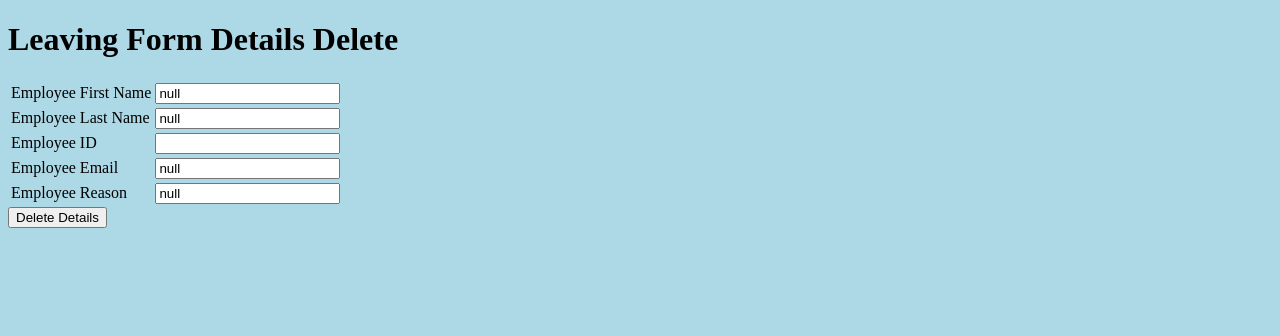
Repository: nishadi-s/Online-Staff-Management-System
Page: http://localhost/LeavingEmp/deleteEmp.jsp
The author's editor kept a copy of each file at every save. The page is drawn from the files as they stood at one save, then again after the next save.
The browser window is 1280 px wide. The pictures show the whole page.
The page is served by Tomcat 9. Other server files are loaded and not shown.

Above is the page before, as saved 2023-10-24 11:55:11.

### LeavingEmp/src/main/webapp/deleteEmp.jsp
<%@ page language="java" contentType="text/html; charset=ISO-8859-1"
    pageEncoding="ISO-8859-1"%>
<!DOCTYPE html>
<html>
<head>
<meta charset="ISO-8859-1">
<title>Delete Details</title>
<link rel="stylesheet" href="deleteEmp.css">
</head>
<body>

<%
String f_name=request.getParameter("fname");
String l_name=request.getParameter("lname");
String u_id=request.getParameter("id");
String e_email=request.getParameter("eemail");
String e_reason=request.getParameter("ereason");
%>


<h1> Leaving Form Details Delete </h1>
<form action="delete" method= "post">
<table>
<tr>
<td>Employee First Name</td>
<td> <input type="text" name="fname" value="<%= f_name %>"readonly> </td>
</tr>

<tr>
<td>Employee Last Name</td>
<td> <input type="text" name="lname" value="<%= l_name %>"readonly> </td>
</tr>

<tr>
<td>Employee ID </td>
<td><input type="number" name="id" value="<%= u_id %>"readonly></td>
 </tr>

 <tr>
<td>Employee Email </td>
<td><input type="email" name="eemail" value="<%= e_email %>"readonly> </td>
</tr>

<tr>
<td>Employee Reason</td>
<td> <input type="text" name="ereason" value="<%= e_reason %>"readonly> </td>
</tr>
</table>
<input type="submit" name="submit" value="Delete Details"> <br>

</form>

</body>
</html>

### LeavingEmp/src/main/webapp/deleteEmp.css
@charset "ISO-8859-1";


.form-container{
    max-width: 700px;
    margin: 0 auto;
    padding: 30px;
    background-color:#5F9EA0;
    border-radius: 10px;
  }

.header {
  padding: 0px;
  text-align: center;
  color: rgb(64, 0, 128);
  font-size: 30px;
}


  body {
  background-color: lightblue;
}

  /* Style form elements */
  .form-group {
    margin-bottom: 25px;
  }

  .form-label {
    display: block;
    font-weight: bold;
    margin-bottom: 5px;
  }

  .form-control {
    display: block;
    font-weight: bold;
    margin-bottom: 5px;
  }

  .form-control {
    width: 100%;
    padding: 8px;
    border: 1px solid #ccc;
    border-radius: 4px;
  }

  /* Style submit button */
  .btn-primary {
    background-color: #007bff;
    color: #fff;
    padding: 10px 20px;
    border: none;
    border-radius: 4px;
    cursor: pointer;
    font-size: 16px;
  }

  .btn-primary:hover {
    background-color: #0056b3;
  }

After the next save:
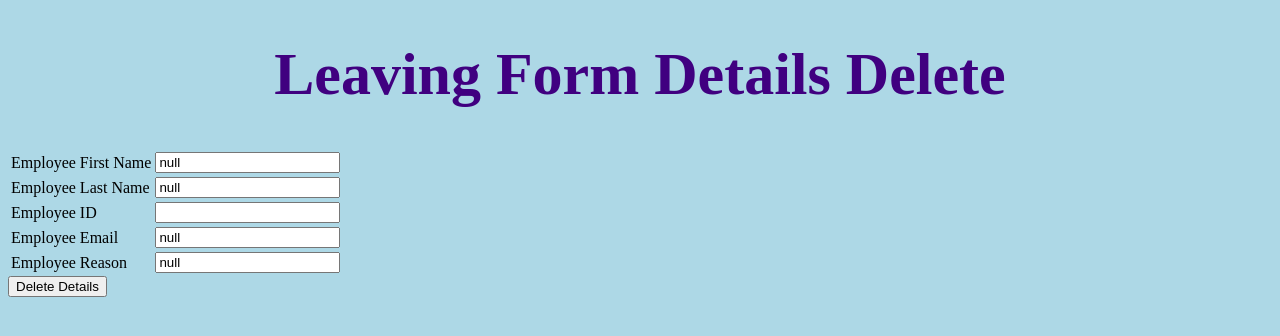
Saved 5 min 18 s later.
--- a/LeavingEmp/src/main/webapp/deleteEmp.jsp
+++ b/LeavingEmp/src/main/webapp/deleteEmp.jsp
@@ -17,8 +17,10 @@ String e_email=request.getParameter("eemail");
 String e_reason=request.getParameter("ereason");
 %>
 
+<div class="header">
+<h1> Leaving Form Details Delete </h1>
+</div>
 
-<h1> Leaving Form Details Delete </h1>
 <form action="delete" method= "post">
 <table>
 <tr>
